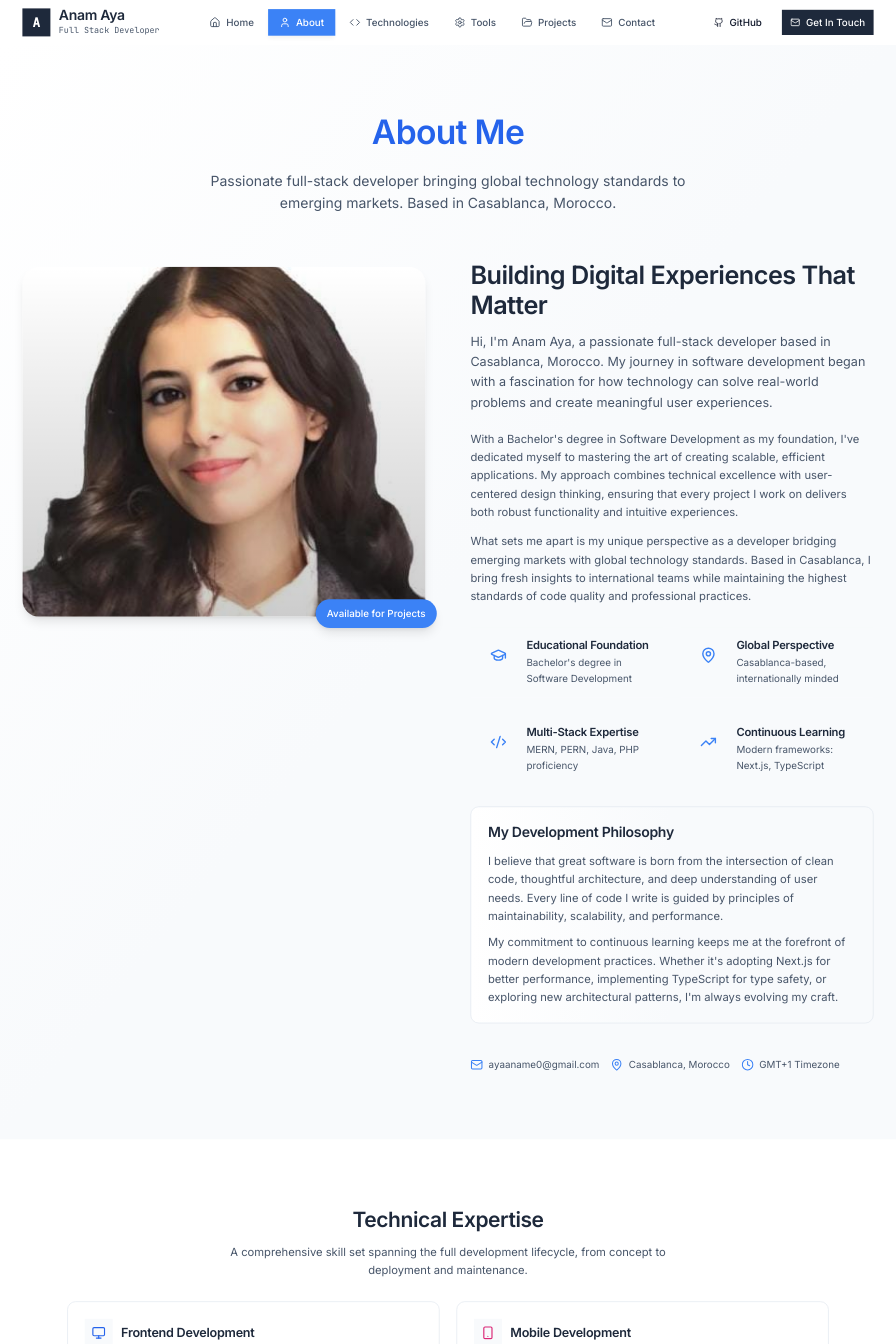
Repository: ayaaas/portflio_aya
Page: /about-me-personal-narrative
The author's editor kept a copy of each file at every save. The page is drawn from the files as they stood at one save, then again after the next save.
The browser window is 1280 px wide. The pictures show the part of the page from y = 0 to 1920 px (the page is 4280 px tall), at 70% of full size.
The project was rebuilt for these pictures with package versions that can differ from the ones it lists, and the page was loaded fresh each time. Also part of the build but not shown: vite.config.mjs, src/components/ErrorBoundary.jsx, src/pages/hero-section-developer-portfolio/components/ProfileImage.jsx, src/pages/hero-section-developer-portfolio/components/AnimatedText.jsx, src/pages/hero-section-developer-portfolio/components/HeroContent.jsx, src/pages/hero-section-developer-portfolio/components/BackgroundPattern.jsx, src/pages/hero-section-developer-portfolio/components/ScrollIndicator.jsx, src/pages/hero-section-developer-portfolio/index.jsx and 23 more.

Above is the page before, as saved 2025-07-20 01:15:24.

### index.html
<!doctype html>
<html lang="en">

<head>
  <meta charset="utf-8" />
  <title>anam-aya-portfolio</title>
  <meta name="viewport" content="width=device-width, initial-scale=1.0" />
  <meta name="theme-color" content="#000000" />
  <meta name="description" content="Web site created using create-react-app" />
  <link rel="icon" href="/favicon.ico" />
  <link rel="manifest" href="/manifest.json" />
<script type="module" src="https://static.rocket.new/rocket-web.js?_cfg=https%3A%2F%2Fanamayap2173back.builtwithrocket.new&_be=https%3A%2F%2Fapplication.rocket.new&_v=0.1.6"></script>
</head>

<body>
  <noscript>You need to enable JavaScript to run this app.</noscript>
  <div class="dhiwise-code" id="root"></div>
  <script type="module" src="/src/index.jsx"></script>
</body>

</html>

### src/Routes.jsx
import React from "react";
import { BrowserRouter, Routes as RouterRoutes, Route } from "react-router-dom";
import ScrollToTop from "components/ScrollToTop";
import ErrorBoundary from "components/ErrorBoundary";
// Add your imports here
import HeroSectionDeveloperPortfolio from "pages/hero-section-developer-portfolio";
import AboutMePersonalNarrative from "pages/about-me-personal-narrative";
import ToolsProfessionalWorkflowDisplay from "pages/tools-professional-workflow-display";
import ContactCommunicationPortal from "pages/contact-communication-portal";
import TechnologiesInteractiveStackShowcase from "pages/technologies-interactive-stack-showcase";
import ProjectsCuratedCaseStudies from "pages/projects-curated-case-studies";
import NotFound from "pages/NotFound";

const Routes = () => {
  return (
    <BrowserRouter>
      <ErrorBoundary>
      <ScrollToTop />
      <RouterRoutes>
        {/* Define your routes here */}
        <Route path="/" element={<HeroSectionDeveloperPortfolio />} />
        <Route path="/hero-section-developer-portfolio" element={<HeroSectionDeveloperPortfolio />} />
        <Route path="/about-me-personal-narrative" element={<AboutMePersonalNarrative />} />
        <Route path="/tools-professional-workflow-display" element={<ToolsProfessionalWorkflowDisplay />} />
        <Route path="/contact-communication-portal" element={<ContactCommunicationPortal />} />
        <Route path="/technologies-interactive-stack-showcase" element={<TechnologiesInteractiveStackShowcase />} />
        <Route path="/projects-curated-case-studies" element={<ProjectsCuratedCaseStudies />} />
        <Route path="*" element={<NotFound />} />
      </RouterRoutes>
      </ErrorBoundary>
    </BrowserRouter>
  );
};

export default Routes;

### src/pages/about-me-personal-narrative/components/ProfileImage.jsx
import React from 'react';
import Image from '../../../components/AppImage';

const ProfileImage = () => {
  return (
    <div className="relative">
      <div className="relative overflow-hidden rounded-3xl shadow-lg hover-lift">
        <Image
          src="public/assets/images/WhatsApp Image 2025-01-27 à 13.09.23_03e1ada6.jpg"
          alt="Anam Aya - Full Stack Developer in his development environment"
          className="w-full h-[500px] object-cover"
        />
        <div className="absolute inset-0 bg-gradient-to-t from-black/20 to-transparent"></div>
      </div>

      {/* Floating Badge */}
      <div className="absolute -bottom-4 -right-4 bg-accent text-accent-foreground px-4 py-2 rounded-full shadow-lg">
        <span className="text-sm font-medium">Available for Projects</span>
      </div>

      {/* Decorative Elements */}
      <div className="absolute -top-4 -left-4 w-8 h-8 bg-primary/10 rounded-full"></div>
      <div className="absolute top-8 -right-2 w-4 h-4 bg-accent/20 rounded-full"></div>
    </div>
  );
};

export default ProfileImage;

### src/pages/about-me-personal-narrative/components/PersonalStory.jsx
import React from 'react';
import Icon from '../../../components/AppIcon';

const PersonalStory = () => {
  const highlights = [
    {
      icon: 'GraduationCap',
      title: 'Educational Foundation',
      description: 'Bachelor\'s degree in Software Development'
    },
    {
      icon: 'MapPin',
      title: 'Global Perspective',
      description: 'Casablanca-based, internationally minded'
    },
    {
      icon: 'Code2',
      title: 'Multi-Stack Expertise',
      description: 'MERN, PERN, Java, PHP proficiency'
    },
    {
      icon: 'TrendingUp',
      title: 'Continuous Learning',
      description: 'Modern frameworks: Next.js, TypeScript'
    }
  ];

  return (
    <div className="space-y-8">
      {/* Introduction */}
      <div className="space-y-6">
        <div className="space-y-4">
          <h2 className="text-3xl lg:text-4xl font-bold text-primary">
            Building Digital Experiences That Matter
          </h2>
          <p className="text-lg text-text-secondary leading-relaxed">
            Hi, I'm Anam Aya, a passionate full-stack developer based in Casablanca, Morocco.
            My journey in software development began with a fascination for how technology can
            solve real-world problems and create meaningful user experiences.
          </p>
        </div>

        <div className="space-y-4">
          <p className="text-text-secondary leading-relaxed">
            With a Bachelor's degree in Software Development as my foundation, I've dedicated
            myself to mastering the art of creating scalable, efficient applications. My approach
            combines technical excellence with user-centered design thinking, ensuring that every
            project I work on delivers both robust functionality and intuitive experiences.
          </p>

          <p className="text-text-secondary leading-relaxed">
            What sets me apart is my unique perspective as a developer bridging emerging markets
            with global technology standards. Based in Casablanca, I bring fresh insights to
            international teams while maintaining the highest standards of code quality and
            professional practices.
          </p>
        </div>
      </div>

      {/* Key Highlights */}
      <div className="grid grid-cols-1 md:grid-cols-2 gap-6">
        {highlights.map((highlight, index) => (
          <div
            key={index}
            className="flex items-start space-x-4 p-4 rounded-lg bg-surface hover:bg-muted transition-all-300 hover-lift"
          >
            <div className="flex-shrink-0 w-12 h-12 bg-accent/10 rounded-lg flex items-center justify-center">
              <Icon name={highlight.icon} size={24} className="text-accent" />
            </div>
            <div className="space-y-1">
              <h3 className="font-semibold text-primary">{highlight.title}</h3>
              <p className="text-sm text-text-secondary">{highlight.description}</p>
            </div>
          </div>
        ))}
      </div>

      {/* Philosophy */}
      <div className="bg-gradient-to-r from-accent/5 to-primary/5 rounded-xl p-6 border border-accent/10">
        <h3 className="text-xl font-semibold text-primary mb-4">My Development Philosophy</h3>
        <div className="space-y-3">
          <p className="text-text-secondary leading-relaxed">
            I believe that great software is born from the intersection of clean code, thoughtful
            architecture, and deep understanding of user needs. Every line of code I write is
            guided by principles of maintainability, scalability, and performance.
          </p>
          <p className="text-text-secondary leading-relaxed">
            My commitment to continuous learning keeps me at the forefront of modern development
            practices. Whether it's adopting Next.js for better performance, implementing TypeScript
            for type safety, or exploring new architectural patterns, I'm always evolving my craft.
          </p>
        </div>
      </div>

      {/* Call to Action */}
      <div className="flex flex-col sm:flex-row gap-4 pt-4">
        <div className="flex items-center space-x-2 text-text-secondary">
          <Icon name="Mail" size={18} className="text-accent" />
          <span className="text-sm">ayaaname0@gmail.com</span>
        </div>
        <div className="flex items-center space-x-2 text-text-secondary">
          <Icon name="MapPin" size={18} className="text-accent" />
          <span className="text-sm">Casablanca, Morocco</span>
        </div>
        <div className="flex items-center space-x-2 text-text-secondary">
          <Icon name="Clock" size={18} className="text-accent" />
          <span className="text-sm">GMT+1 Timezone</span>
        </div>
      </div>
    </div>
  );
};

export default PersonalStory;

### src/pages/about-me-personal-narrative/components/SkillsOverview.jsx
import React from 'react';
import Icon from '../../../components/AppIcon';

const SkillsOverview = () => {
const skillCategories = [
  {
    category: 'Frontend Development',
    icon: 'Monitor',
    skills: ['React.js', 'Next.js', 'TypeScript', 'Tailwind CSS', 'HTML5/CSS3'],
    color: 'text-blue-600'
  },
  {
    category: 'Mobile Development',
    icon: 'Smartphone',
    skills: ['Flutter', 'Dart', 'Audioplayers'],
    color: 'text-pink-600'
  },
  {
    category: 'Backend Development',
    icon: 'Server',
    skills: ['Node.js', 'Express.js', 'PHP', 'Java', 'RESTful APIs'],
    color: 'text-green-600'
  },
  {
    category: 'Database & Tools',
    icon: 'Database',
    skills: ['MongoDB', 'SQFLite', 'PostgreSQL', 'MySQL'],
    color: 'text-purple-600'
  },
  {
    category: 'Development Practices',
    icon: 'Settings',
    skills: ['Agile/Scrum', 'Code Review', 'Performance Optimization'],
    color: 'text-orange-600'
  }
];



  return (
    <div className="space-y-8">
      <div className="text-center space-y-4">
        <h2 className="text-2xl lg:text-3xl font-bold text-primary">
          Technical Expertise
        </h2>
        <p className="text-text-secondary max-w-2xl mx-auto">
          A comprehensive skill set spanning the full development lifecycle,
          from concept to deployment and maintenance.
        </p>
      </div>

      <div className="grid grid-cols-1 md:grid-cols-2 gap-6">
        {skillCategories.map((category, index) => (
          <div
            key={index}
            className="bg-card rounded-xl p-6 border border-border hover:shadow-lg transition-all-300 hover-lift"
          >
            <div className="flex items-center space-x-3 mb-4">
              <div className="w-10 h-10 bg-surface rounded-lg flex items-center justify-center">
                <Icon name={category.icon} size={20} className={category.color} />
              </div>
              <h3 className="text-lg font-semibold text-primary">{category.category}</h3>
            </div>

            <div className="flex flex-wrap gap-2">
              {category.skills.map((skill, skillIndex) => (
                <span
                  key={skillIndex}
                  className="px-3 py-1 bg-muted text-text-secondary text-sm rounded-full hover:bg-accent/10 hover:text-accent transition-all-300"
                >
                  {skill}
                </span>
              ))}
            </div>
          </div>
        ))}
      </div>

      {/* Experience Timeline */}
      <div className="bg-gradient-to-r from-primary/5 to-accent/5 rounded-xl p-6 border border-primary/10">
        <h3 className="text-xl font-semibold text-primary mb-6 text-center">Development Journey</h3>

        <div className="space-y-4">
          <div className="flex items-start space-x-4">
            <div className="w-3 h-3 bg-accent rounded-full mt-2 flex-shrink-0"></div>
            <div>
              <h4 className="font-medium text-primary">Full-Stack Development Focus</h4>
              <p className="text-sm text-text-secondary">
                Specializing in modern web applications with React, Node.js, and cloud deployment
              </p>
            </div>
          </div>

          <div className="flex items-start space-x-4">
            <div className="w-3 h-3 bg-primary rounded-full mt-2 flex-shrink-0"></div>
            <div>
              <h4 className="font-medium text-primary">Academic Foundation</h4>
              <p className="text-sm text-text-secondary">
                Bachelor's degree in Software Development with focus on algorithms and system design
              </p>
            </div>
          </div>

          <div className="flex items-start space-x-4">
            <div className="w-3 h-3 bg-success rounded-full mt-2 flex-shrink-0"></div>
            <div>
              <h4 className="font-medium text-primary">Continuous Learning</h4>
              <p className="text-sm text-text-secondary">
                Staying current with Next.js, TypeScript, and modern development practices
              </p>
            </div>
          </div>
        </div>
      </div>
    </div>
  );
};

export default SkillsOverview;

### src/pages/about-me-personal-narrative/components/PersonalValues.jsx
import React from 'react';
import Icon from '../../../components/AppIcon';

const PersonalValues = () => {
  const values = [
    {
      icon: 'Target',
      title: 'Quality First',
      description: 'Every project deserves attention to detail and commitment to excellence. I believe in writing clean, maintainable code that stands the test of time.',
      color: 'text-blue-600'
    },
    {
      icon: 'Users',
      title: 'User-Centered Approach',
      description: 'Technology should serve people, not the other way around. I design and develop with the end user\'s experience as the primary consideration.',
      color: 'text-green-600'
    },
    {
      icon: 'Lightbulb',
      title: 'Innovation & Learning',
      description: 'The tech landscape evolves rapidly, and so do I. Continuous learning and adaptation are essential to delivering modern, effective solutions.',
      color: 'text-purple-600'
    },
    {
      icon: 'Globe',
      title: 'Global Mindset',
      description: 'Based in Casablanca but thinking globally. I bring diverse perspectives to international teams while maintaining universal standards of professionalism.',
      color: 'text-orange-600'
    }
  ];

  return (
    <div className="space-y-8">
      <div className="text-center space-y-4">
        <h2 className="text-2xl lg:text-3xl font-bold text-primary">
          What Drives Me
        </h2>
        <p className="text-text-secondary max-w-2xl mx-auto">
          My core values shape every project I undertake and every line of code I write.
          These principles guide my approach to development and collaboration.
        </p>
      </div>

      <div className="grid grid-cols-1 lg:grid-cols-2 gap-8">
        {values.map((value, index) => (
          <div
            key={index}
            className="group bg-card rounded-xl p-6 border border-border hover:border-accent/30 transition-all-300 hover-lift"
          >
            <div className="flex items-start space-x-4">
              <div className="flex-shrink-0 w-12 h-12 bg-surface rounded-xl flex items-center justify-center group-hover:bg-accent/10 transition-all-300">
                <Icon name={value.icon} size={24} className={`${value.color} group-hover:scale-110 transition-transform`} />
              </div>

              <div className="space-y-3">
                <h3 className="text-lg font-semibold text-primary group-hover:text-accent transition-colors">
                  {value.title}
                </h3>
                <p className="text-text-secondary leading-relaxed">
                  {value.description}
                </p>
              </div>
            </div>
          </div>
        ))}
      </div>

      {/* Personal Quote */}
      <div className="relative bg-gradient-to-br from-accent/5 via-primary/5 to-success/5 rounded-2xl p-8 border border-accent/10">
        <div className="absolute top-4 left-4">
          <Icon name="Quote" size={32} className="text-accent/20" />
        </div>

        <div className="relative z-10 text-center space-y-4">
          <blockquote className="text-lg lg:text-xl text-primary font-medium italic leading-relaxed">
            "Great software is not just about solving problems—it's about creating experiences that make people's lives better, one interaction at a time."
          </blockquote>
          <cite className="text-text-secondary font-medium">— Anam Aya</cite>
        </div>

        <div className="absolute bottom-4 right-4">
          <Icon name="Quote" size={32} className="text-primary/20 rotate-180" />
        </div>
      </div>

      {/* Fun Facts */}
      <div className="bg-muted rounded-xl p-6">
        <h3 className="text-lg font-semibold text-primary mb-4 text-center">Beyond Code</h3>

        <div className="grid grid-cols-1 md:grid-cols-3 gap-4 text-center">
          <div className="space-y-2">
            <Icon name="Coffee" size={24} className="text-accent mx-auto" />
            <p className="text-sm text-text-secondary">
              <span className="font-medium text-primary">Coffee Enthusiast</span><br />
              Fueled by quality coffee and clean code
            </p>
          </div>

          <div className="space-y-2">
            <Icon name="BookOpen" size={24} className="text-success mx-auto" />
            <p className="text-sm text-text-secondary">
              <span className="font-medium text-primary">Continuous Learner</span><br />
              Always exploring new technologies
            </p>
          </div>

          <div className="space-y-2">
            <Icon name="Compass" size={24} className="text-warning mx-auto" />
            <p className="text-sm text-text-secondary">
              <span className="font-medium text-primary">Cultural Bridge</span><br />
              Connecting Morocco with global tech
            </p>
          </div>
        </div>
      </div>
    </div>
  );
};

export default PersonalValues;

### src/components/ui/Button.jsx
import React from 'react';
import { Slot } from "@radix-ui/react-slot";
import { cva } from "class-variance-authority";
import { cn } from "../../utils/cn";
import Icon from '../AppIcon';

const buttonVariants = cva(
    "inline-flex items-center justify-center whitespace-nowrap rounded-md text-sm font-medium ring-offset-background transition-colors focus-visible:outline-none focus-visible:ring-2 focus-visible:ring-ring focus-visible:ring-offset-2 disabled:pointer-events-none disabled:opacity-50",
    {
        variants: {
            variant: {
                default: "bg-primary text-primary-foreground hover:bg-primary/90",
                destructive: "bg-destructive text-destructive-foreground hover:bg-destructive/90",
                outline: "border border-input hover:bg-accent hover:text-accent-foreground",
                secondary: "bg-secondary text-secondary-foreground hover:bg-secondary/80",
                ghost: "hover:bg-accent hover:text-accent-foreground",
                link: "text-primary underline-offset-4 hover:underline",
                success: "bg-success text-success-foreground hover:bg-success/90",
                warning: "bg-warning text-warning-foreground hover:bg-warning/90",
                danger: "bg-error text-error-foreground hover:bg-error/90",
            },
            size: {
                default: "h-10 px-4 py-2",
                sm: "h-9 rounded-md px-3",
                lg: "h-11 rounded-md px-8",
                icon: "h-10 w-10",
                xs: "h-8 rounded-md px-2 text-xs",
                xl: "h-12 rounded-md px-10 text-base",
            },
        },
        defaultVariants: {
            variant: "default",
            size: "default",
        },
    }
);

const Button = React.forwardRef(({
    className,
    variant,
    size,
    asChild = false,
    children,
    loading = false,
    iconName = null,
    iconPosition = 'left',
    iconSize = null,
    fullWidth = false,
    disabled = false,
    ...props
}, ref) => {
    const Comp = asChild ? Slot : "button";

    // Icon size mapping based on button size
    const iconSizeMap = {
        xs: 12,
        sm: 14,
        default: 16,
        lg: 18,
        xl: 20,
        icon: 16,
    };

    const calculatedIconSize = iconSize || iconSizeMap[size] || 16;

    // Loading spinner
    const LoadingSpinner = () => (
        <svg className="animate-spin -ml-1 mr-2 h-4 w-4" fill="none" viewBox="0 0 24 24">
            <circle className="opacity-25" cx="12" cy="12" r="10" stroke="currentColor" strokeWidth="4" />
            <path className="opacity-75" fill="currentColor" d="M4 12a8 8 0 018-8V0C5.373 0 0 5.373 0 12h4zm2 5.291A7.962 7.962 0 014 12H0c0 3.042 1.135 5.824 3 7.938l3-2.647z" />
        </svg>
    );

    // Icon rendering
    const renderIcon = () => {
        if (!iconName) return null;

        return (
            <Icon
                name={iconName}
                size={calculatedIconSize}
                className={cn(
                    children && iconPosition === 'left' && "mr-2",
                    children && iconPosition === 'right' && "ml-2"
                )}
            />
        );
    };

    return (
        <Comp
            className={cn(
                buttonVariants({ variant, size, className }),
                fullWidth && "w-full"
            )}
            ref={ref}
            disabled={disabled || loading}
            {...props}
        >
            {loading && <LoadingSpinner />}
            {iconName && iconPosition === 'left' && renderIcon()}
            {children}
            {iconName && iconPosition === 'right' && renderIcon()}
        </Comp>
    );
});

Button.displayName = "Button";

export default Button;

Loaded but not shown: src/index.jsx (common file); src/App.jsx (common file); src/styles/tailwind.css (library); src/styles/index.css (common file); src/components/ScrollToTop.jsx (common file); src/components/AppIcon.jsx (common file); src/components/AppImage.jsx (common file); src/utils/cn.js (common file); tailwind.config.js (148 lines, source omitted); src/pages/about-me-personal-narrative/index.jsx (185 lines, source omitted); src/components/ui/Header.jsx (183 lines, source omitted)

After the next save:
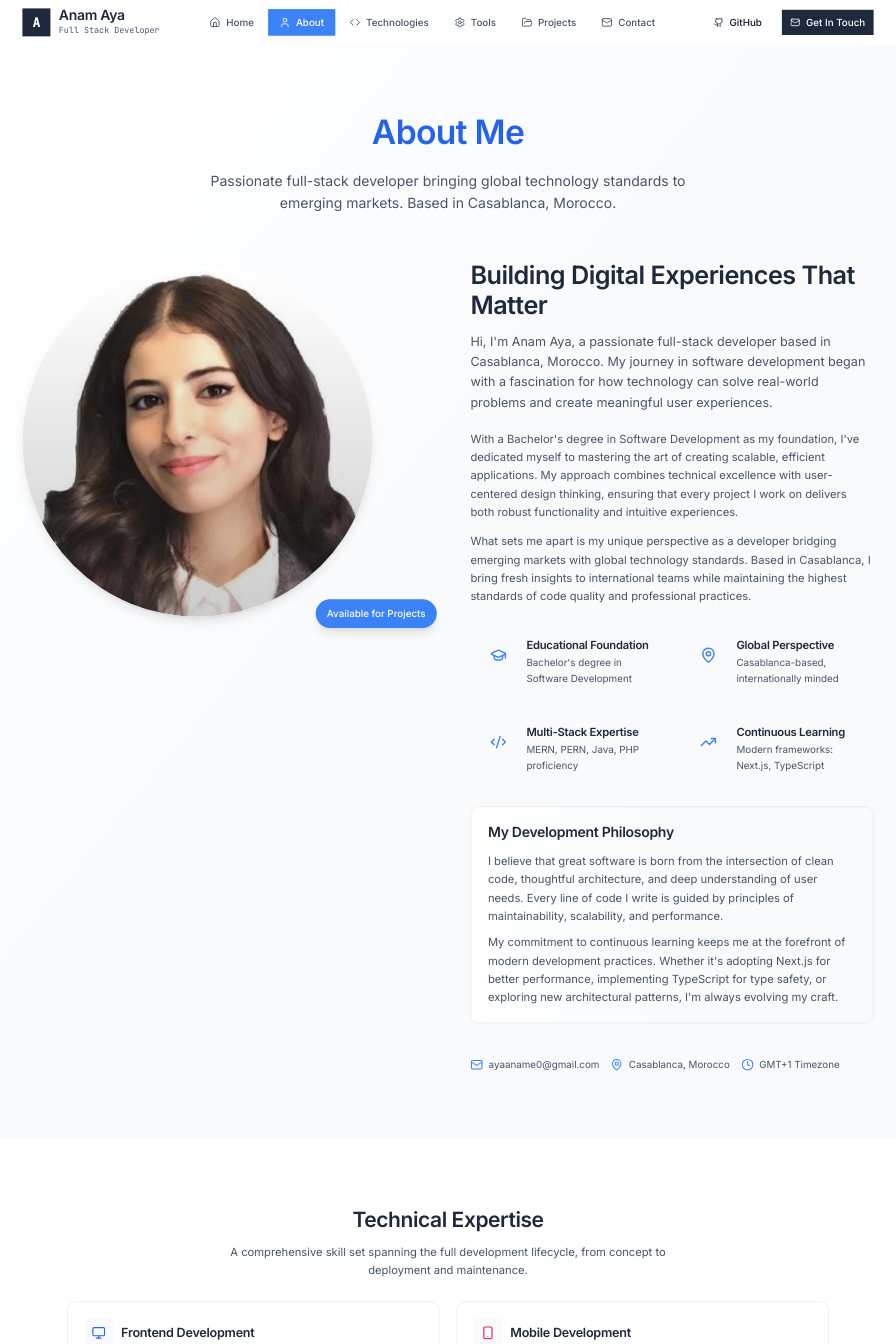
Saved 36 s later.
--- a/src/pages/about-me-personal-narrative/components/ProfileImage.jsx
+++ b/src/pages/about-me-personal-narrative/components/ProfileImage.jsx
@@ -4,13 +4,13 @@ import Image from '../../../components/AppImage';
 const ProfileImage = () => {
   return (
     <div className="relative">
-      <div className="relative overflow-hidden rounded-3xl shadow-lg hover-lift">
+      <div className="relative overflow-hidden rounded-full w-[500px] h-[500px] shadow-lg hover-lift">
         <Image
           src="public/assets/images/WhatsApp Image 2025-01-27 à 13.09.23_03e1ada6.jpg"
           alt="Anam Aya - Full Stack Developer in his development environment"
-          className="w-full h-[500px] object-cover"
+          className="w-full h-full object-cover"
         />
-        <div className="absolute inset-0 bg-gradient-to-t from-black/20 to-transparent"></div>
+        <div className="absolute inset-0 bg-gradient-to-t from-black/20 to-transparent rounded-full"></div>
       </div>
 
       {/* Floating Badge */}
